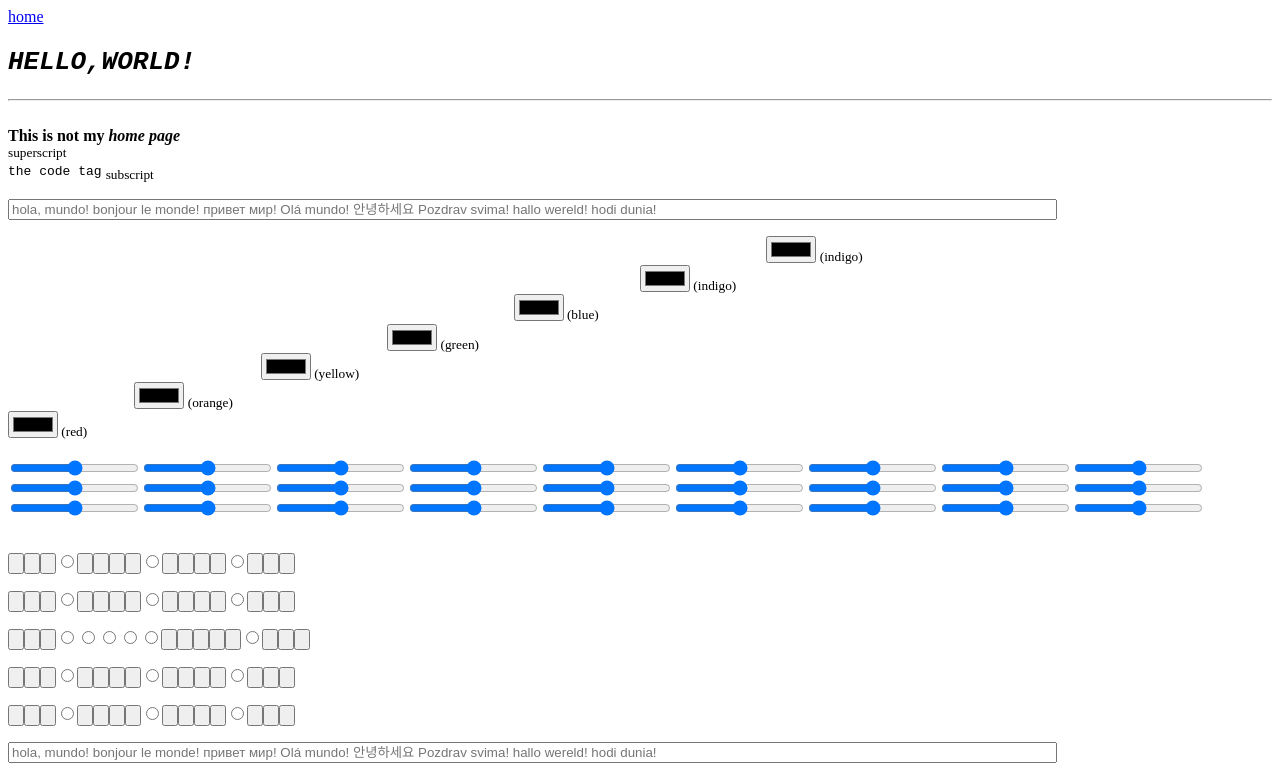
Repository: kklasmei/kklasmei.github.io
Page: proj1/helloworld.html
The author's editor kept a record of every edit. The page is drawn from the files as they stood at one moment, then again after the next edit.
The browser window is 1280 px wide. The pictures show the whole page.

Above is the page before.

### proj1/helloworld.html
<html>
    <head>
        <title>Hello World</title>
        <a href= "proj1/index.html">home</a>
    </head>
    <body>
        <h1><code><em>HELLO,WORLD!</em></code></h1>
        <hr>
        <br>
        <p1><strong>This is not my <em>home page</em></strong></p1>
        <br>
        <sup>superscript</sup>
        <br>
        <code>the code tag</code>
        <sub>subscript</sub>
        <br>
        <p><input type="text" size= 128px placeholder= "hola, mundo! bonjour le monde! привет мир! Olá mundo! 안녕하세요 Pozdrav svima! hallo wereld! hodi dunia!"></p>
                <div style="margin-left: 60%"><input type="color"><sub> (indigo)</sub></div>
                <div style="margin-left: 50%"><input type="color"><sub> (indigo)</sub></div>
                <div style="margin-left: 40%"><input type="color"><sub> (blue)</sub></div>
                <div style="margin-left: 30%"><input type="color"><sub> (green)</sub></div>
                <div style="margin-left: 20%"><input type="color"><sub> (yellow)</sub></div>
                <div style="margin-left: 10%"><input type="color"><sub> (orange)</sub></div>
                <div style="margin-left: 0%"><input type="color"><sub> (red)</sub></div>
        <br>
                <div style="inline"><input type="range"><input type="range"><input type="range"><input type="range"><input type="range"><input type="range"><input type="range"><input type="range"><input type="range"><input type="range"><input type="range"><input type="range"><input type="range"><input type="range"><input type="range"><input type="range"><input type="range"><input type="range"><input type="range"><input type="range"><input type="range"><input type="range"><input type="range"><input type="range"><input type="range"><input type="range"><input type="range"></div>
        <br>
        <p style="inline"><input type="button"><input type="button"><input type="button"><input type="radio"><input type="button"><input type="button"><input type="button"><input type="button"><input type="radio"><input type="button"><input type="button"><input type="button"><input type="button"><input type="radio"><input type="button"><input type="button"><input type="button"></p>
        <p style="inline"><input type="button"><input type="button"><input type="button"><input type="radio"><input type="button"><input type="button"><input type="button"><input type="button"><input type="radio"><input type="button"><input type="button"><input type="button"><input type="button"><input type="radio"><input type="button"><input type="button"><input type="button"></p>
        <p style="inline"><input type="button"><input type="button"><input type="button"><input type="radio"><input type="radio"><input type="radio"><input type="radio"><input type="radio"><input type="button"><input type="button"><input type="button"><input type="button"><input type="button"><input type="radio"><input type="button"><input type="button"><input type="button"></p>
        <p style="inline"><input type="button"><input type="button"><input type="button"><input type="radio"><input type="button"><input type="button"><input type="button"><input type="button"><input type="radio"><input type="button"><input type="button"><input type="button"><input type="button"><input type="radio"><input type="button"><input type="button"><input type="button"></p>
        <p style="inline"><input type="button"><input type="button"><input type="button"><input type="radio"><input type="button"><input type="button"><input type="button"><input type="button"><input type="radio"><input type="button"><input type="button"><input type="button"><input type="button"><input type="radio"><input type="button"><input type="button"><input type="button"></p>
        <p><input type="text" size= 128px placeholder= "hola, mundo! bonjour le monde! привет мир! Olá mundo! 안녕하세요 Pozdrav svima! hallo wereld! hodi dunia!"></p>


    </body>
</html>

After the next edit:
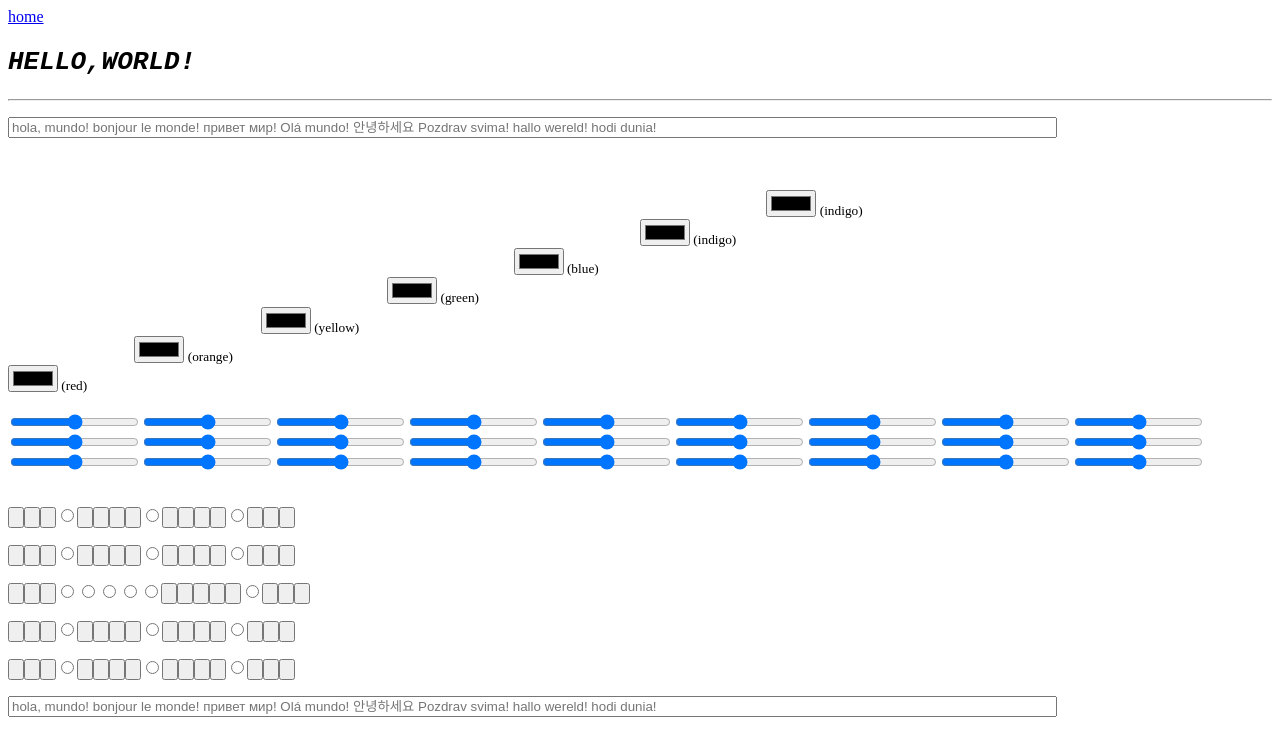
The edit:
--- a/proj1/helloworld.html
+++ b/proj1/helloworld.html
@@ -6,15 +6,9 @@
     <body>
         <h1><code><em>HELLO,WORLD!</em></code></h1>
         <hr>
+        <p><input type="text" size= 128px placeholder= "hola, mundo! bonjour le monde! привет мир! Olá mundo! 안녕하세요 Pozdrav svima! hallo wereld! hodi dunia!"></p>
         <br>
-        <p1><strong>This is not my <em>home page</em></strong></p1>
         <br>
-        <sup>superscript</sup>
-        <br>
-        <code>the code tag</code>
-        <sub>subscript</sub>
-        <br>
-        <p><input type="text" size= 128px placeholder= "hola, mundo! bonjour le monde! привет мир! Olá mundo! 안녕하세요 Pozdrav svima! hallo wereld! hodi dunia!"></p>
                 <div style="margin-left: 60%"><input type="color"><sub> (indigo)</sub></div>
                 <div style="margin-left: 50%"><input type="color"><sub> (indigo)</sub></div>
                 <div style="margin-left: 40%"><input type="color"><sub> (blue)</sub></div>
